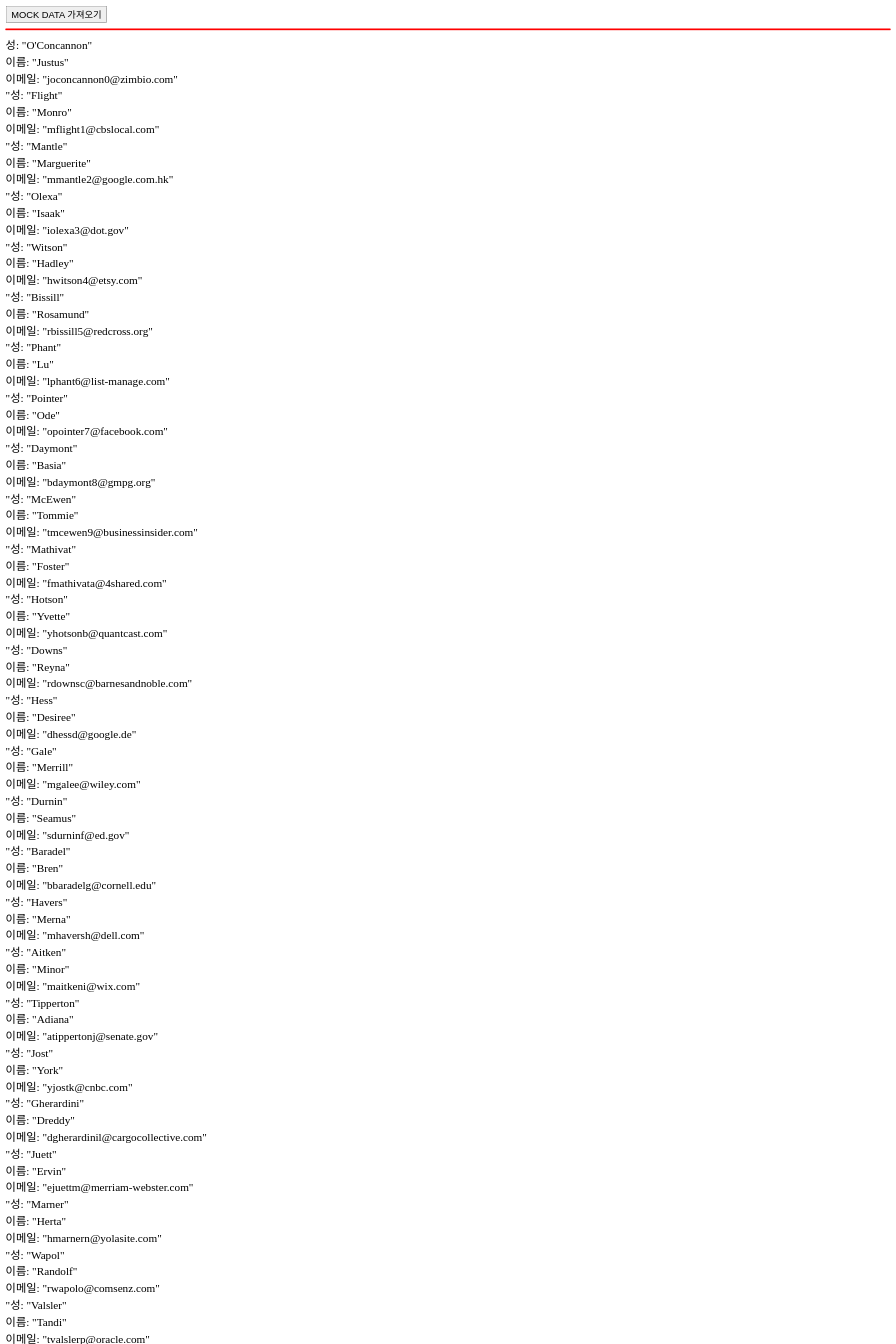
Repository: syshin0116/Himedia
Page: http://localhost/spring05/ajax4.jsp
An editor plug-in stored every save of this project. The page is shown before and after the next save, followed by the edit.
The browser window is 1280 px wide. The pictures show the part of the page from y = 0 to 1920 px (the page is 72077 px tall before and 72059 px after), at 70% of full size.
After loading, the first visible `#b1` was clicked once.
The page is served by Tomcat 9.

Above is the page before, as saved 2022-02-18 08:22:55.

After the next save:
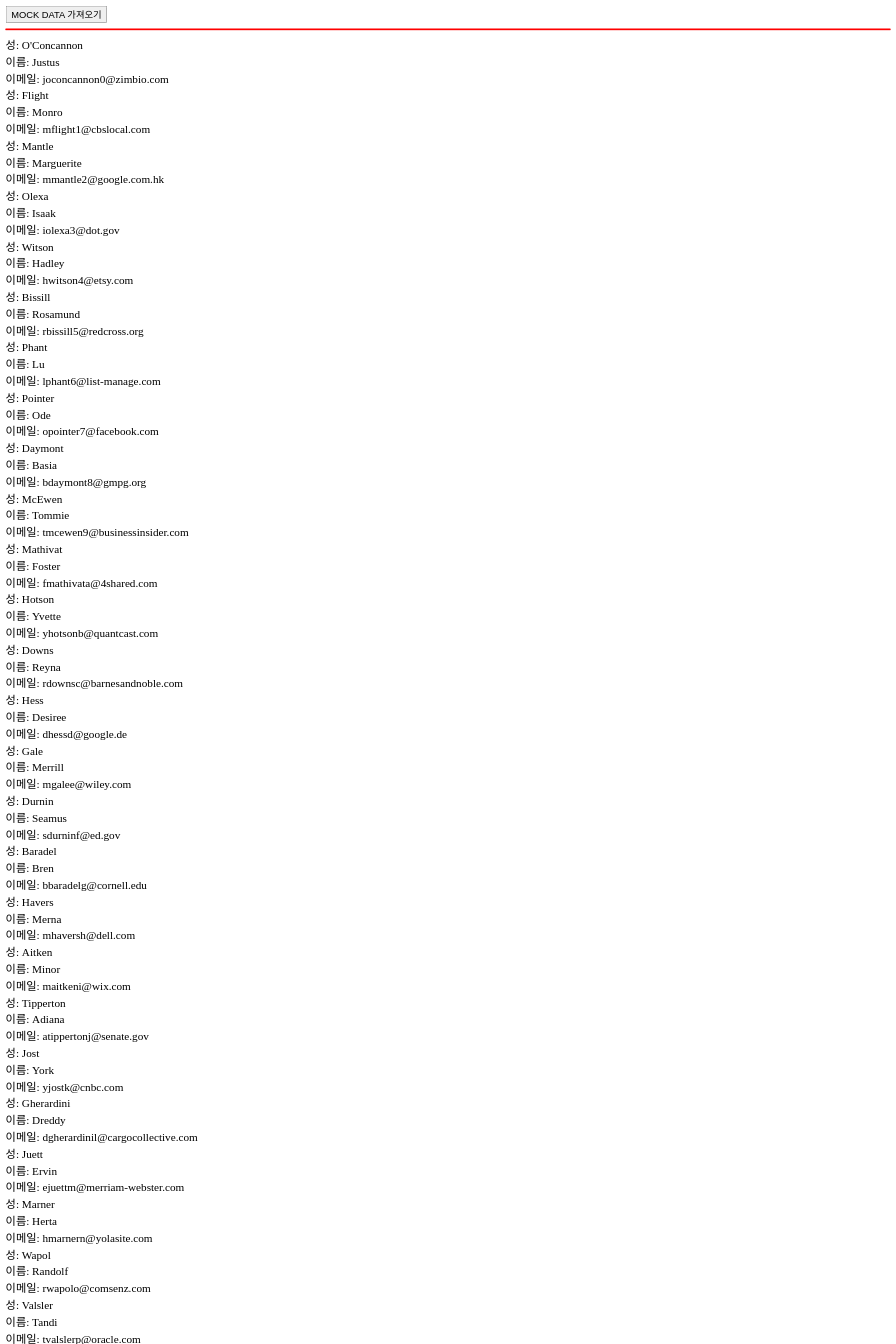
Saved 7 min 1 s later.
--- a/Java/-0218-master/spring05/src/main/webapp/ajax4.jsp
+++ b/Java/-0218-master/spring05/src/main/webapp/ajax4.jsp
@@ -20,7 +20,7 @@ $(function() {
 					console.log(one.id)
 					//div안에 1000명의 성과 이름/이메일을 프린트
 					$('#d1').append(
-						'성: "'+one.last_name+'"<br>이름: "'+one.first_name+'"<br>이메일: "'+one.email+'"<br>"')
+						'성: '+one.last_name+'<br>이름: '+one.first_name+'<br>이메일: '+one.email+'<br>')
 				})
 			},
 			error: function() {
